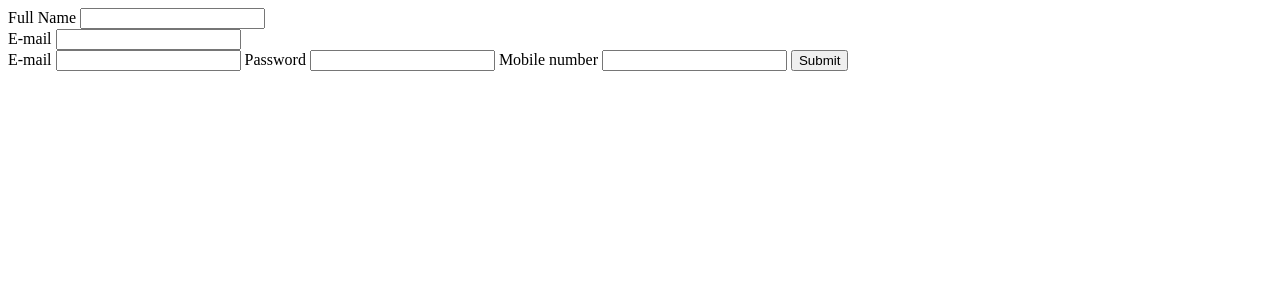
Repository: adiganaveen/Servlets
Page: LoginRegistrationApp/WebContent/index.html
These files come from the project's save history. The page is drawn as it stood at one moment and after the next save; the edit follows.
The browser window is 1280 px wide. The pictures show the whole page.

Above is the page before, as saved 2019-01-22 06:46:35.

### LoginRegistrationApp/WebContent/index.html
<!DOCTYPE html>
<html>
<head>
<meta charset="UTF-8">
<title>Insert title here</title>
</head>
<body>
<form action="login" method="post">
<div>
<label>Full Name</label>
<input type="text" name="name"></div>
<div>
<label>E-mail</label>
<input type="text" name="email"></div>
<label>E-mail</label>
<input type="text" name="email"></div>
<label>Password</label>
<input type="password" name="password"></div>
<label>Mobile number</label>
<input type="number" name="number"></div>
<input type="submit">
</form>
</body>
</html>

After the next save:
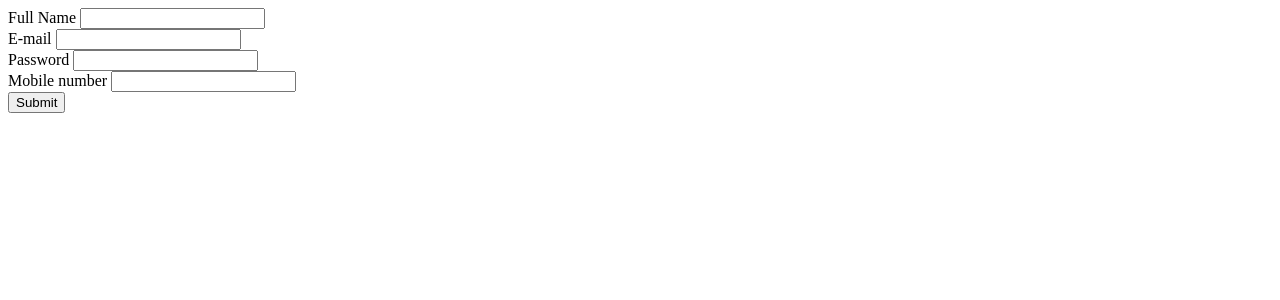
Saved 2 min 48 s later.
--- a/LoginRegistrationApp/WebContent/index.html
+++ b/LoginRegistrationApp/WebContent/index.html
@@ -12,10 +12,9 @@
 <div>
 <label>E-mail</label>
 <input type="text" name="email"></div>
-<label>E-mail</label>
-<input type="text" name="email"></div>
 <label>Password</label>
 <input type="password" name="password"></div>
+<div>
 <label>Mobile number</label>
 <input type="number" name="number"></div>
 <input type="submit">
